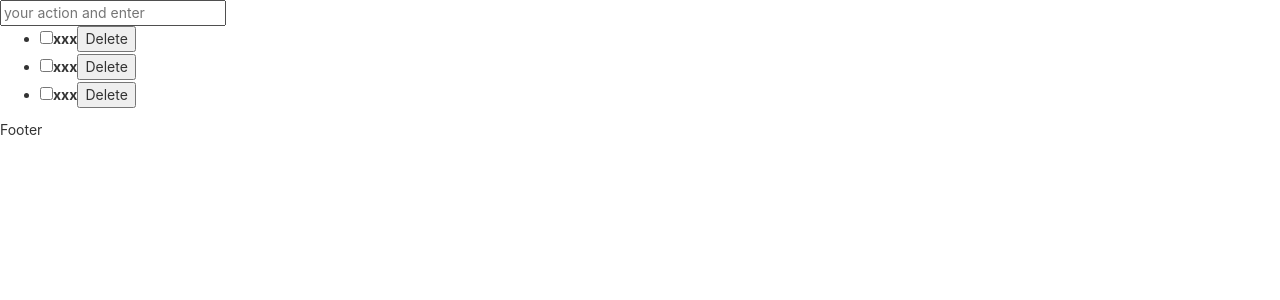
Repository: Shanshan67/React_a
Page: /
An editor plug-in stored every save of this project. The page is shown before and after the next save, followed by the edit.
The browser window is 1280 px wide. The pictures show the whole page.
The project was rebuilt for these pictures with package versions that can differ from the ones it lists, and the page was loaded fresh each time.

Above is the page before, as saved 2022-12-10 20:56:05.

After the next save:
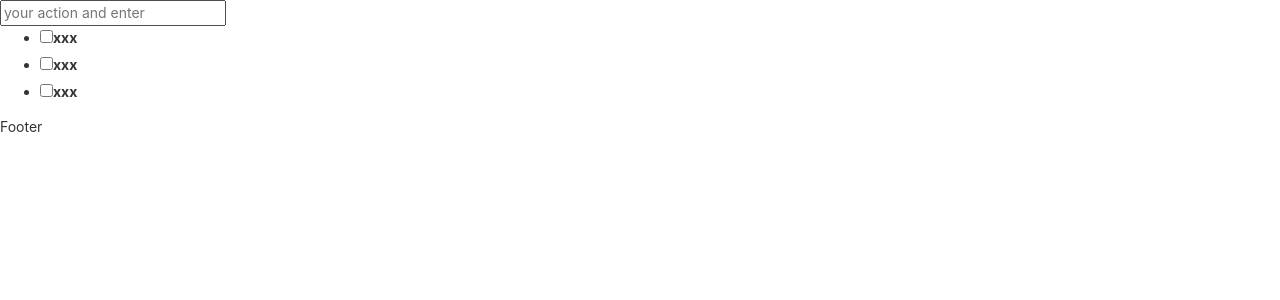
Saved 57 s later.
--- a/src/components/Item/index.jsx
+++ b/src/components/Item/index.jsx
@@ -16,7 +16,7 @@
             <input type="checkbox" />
             <span>xxx</span>
         </label>
-        <button>Delete</button>
+        <button style={{display:mouse ? 'block' : 'none'}}>Delete</button>
       </li>
     )
   }
